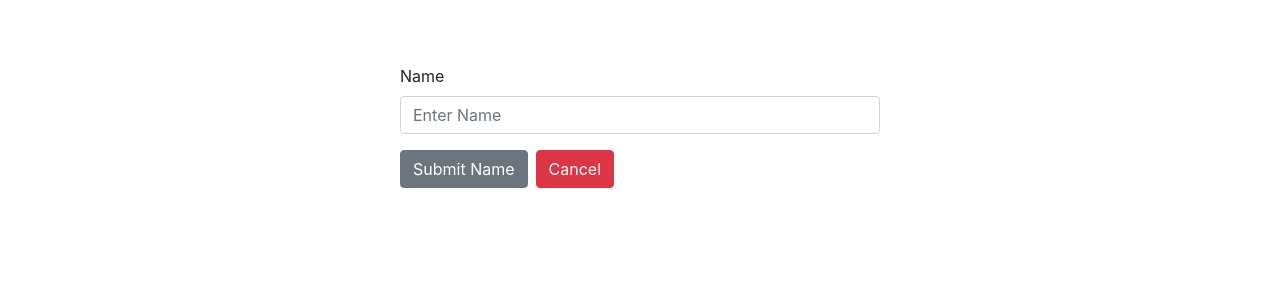
Repository: Abdaljawad-Aya/interview-task
Page: /add (app in javascriptArray/test/)
An editor plug-in stored every save of this project. The page is shown before and after the next save, followed by the edit.
The browser window is 1280 px wide. The pictures show the whole page.
Some web libraries are served in a nearby version. The project was rebuilt for these pictures with package versions that can differ from the ones it lists, and the page was loaded fresh each time. Also part of the build but not shown: javascriptArray/test/src/compnents/Heading.js, javascriptArray/test/src/compnents/UserList.js, javascriptArray/test/src/compnents/Home.js, javascriptArray/test/src/compnents/EditUser.js. Imported but missing from the stored project, and not drawn on this page: javascriptArray/test/src/context/GlobalState.

Above is the page before, as saved 2021-03-10 21:05:56.

### javascriptArray/test/public/index.html
<!DOCTYPE html>
<html lang="en">
  <head>
    <meta charset="utf-8" />
    <link rel="icon" href="%PUBLIC_URL%/favicon.ico" />
    <meta name="viewport" content="width=device-width, initial-scale=1" />
    <meta name="theme-color" content="#000000" />
    <meta
      name="description"
      content="Web site created using create-react-app"
    />
    <link rel="apple-touch-icon" href="%PUBLIC_URL%/logo192.png" />
    <!--
      manifest.json provides metadata used when your web app is installed on a
      user's mobile device or desktop. See https://developers.google.com/web/fundamentals/web-app-manifest/
    -->
    <link rel="manifest" href="%PUBLIC_URL%/manifest.json" />
    <!--
      Notice the use of %PUBLIC_URL% in the tags above.
      It will be replaced with the URL of the `public` folder during the build.
      Only files inside the `public` folder can be referenced from the HTML.

      Unlike "/favicon.ico" or "favicon.ico", "%PUBLIC_URL%/favicon.ico" will
      work correctly both with client-side routing and a non-root public URL.
      Learn how to configure a non-root public URL by running `npm run build`.
    -->

   <link rel="stylesheet" href="https://maxcdn.bootstrapcdn.com/bootstrap/4.0.0/css/bootstrap.min.css" integrity="sha384-Gn5384xqQ1aoWXA+058RXPxPg6fy4IWvTNh0E263XmFcJlSAwiGgFAW/dAiS6JXm" crossorigin="anonymous">
    <title>React App</title>
  </head>
  <body>
    <noscript>You need to enable JavaScript to run this app.</noscript>
    <div id="root"></div>
    <!--
      This HTML file is a template.
      If you open it directly in the browser, you will see an empty page.

      You can add webfonts, meta tags, or analytics to this file.
      The build step will place the bundled scripts into the <body> tag.

      To begin the development, run `npm start` or `yarn start`.
      To create a production bundle, use `npm run build` or `yarn build`.
    -->
      <script src="https://code.jquery.com/jquery-3.2.1.slim.min.js" integrity="sha384-KJ3o2DKtIkvYIK3UENzmM7KCkRr/rE9/Qpg6aAZGJwFDMVNA/GpGFF93hXpG5KkN" crossorigin="anonymous"></script>
    <script src="https://cdnjs.cloudflare.com/ajax/libs/popper.js/1.12.9/umd/popper.min.js" integrity="sha384-ApNbgh9B+Y1QKtv3Rn7W3mgPxhU9K/ScQsAP7hUibX39j7fakFPskvXusvfa0b4Q" crossorigin="anonymous"></script>
    <script src="https://maxcdn.bootstrapcdn.com/bootstrap/4.0.0/js/bootstrap.min.js" integrity="sha384-JZR6Spejh4U02d8jOt6vLEHfe/JQGiRRSQQxSfFWpi1MquVdAyjUar5+76PVCmYl" crossorigin="anonymous"></script>
  </body>
</html>

### javascriptArray/test/src/index.js
import React from 'react'
import ReactDOM from 'react-dom'
import App from './App'
// import { BrowserRouter as Router } from 'react-router-dom'

ReactDOM.render(
  <React.StrictMode>
    {/* <Router> */}
    <App />
    {/* </Router> */}
  </React.StrictMode>,
  document.getElementById('root'),
)

### javascriptArray/test/src/App.js
import React from 'react'
import { BrowserRouter as Router, Switch, Route } from 'react-router-dom'
import { Home } from './compnents/Home'
import { AddUser } from './compnents/AddUser'
import { EditUser } from './compnents/EditUser'

import 'bootstrap/dist/css/bootstrap.min.css'

function App() {
  return (
    <div className="App">
      <Router>
        <Switch>
          <Route
            path="/add"
            component={AddUser}
            class="navbar navbar-expand-lg navbar-dark bg-dark"
          />
          <Route path="/edit/:id" component={EditUser} />
          <Route exact path="/" component={Home} />
        </Switch>
      </Router>
    </div>
  )
}

export default App

// <nav class="navbar navbar-expand-lg navbar-dark bg-dark">
//             <a class="navbar-brand" href="#">
//               React
//             </a>
//             <button
//               class="navbar-toggler"
//               type="button"
//               data-toggle="collapse"
//               data-target="#navbarNavAltMarkup"
//               aria-controls="navbarNavAltMarkup"
//               aria-expanded="false"
//               aria-label="Toggle navigation"
//             >
//               <span class="navbar-toggler-icon"></span>
//             </button>
//             <div class="collapse navbar-collapse" id="navbarNavAltMarkup">
//               <div class="navbar-nav">
//                 <a class="nav-item nav-link active" href="#">
//                   <span class="sr-only">(current)</span>
//                 </a>
//                 <a class="nav-link" href="#"></a>
//                 <a class="nav-link" href="#"></a>
//               </div>
//             </div>
//           </nav>

### javascriptArray/test/src/compnents/AddUser.js
import React from 'react'
import { Link } from 'react-router-dom'
import { Form, FormGroup, Label, Input, Button } from 'reactstrap'
export const AddUser = () => {
  return (
    <Form style={{ maxWidth: '30rem', margin: '4rem auto' }}>
      <FormGroup>
        <Label>Name</Label>
        <Input type="text" placeholder="Enter Name"></Input>
      </FormGroup>
      <Button type="submit">Submit Name</Button>
      <Link to="/" className="btn btn-danger ml-2">
        Cancel
      </Link>
    </Form>
  )
}

After the next save:
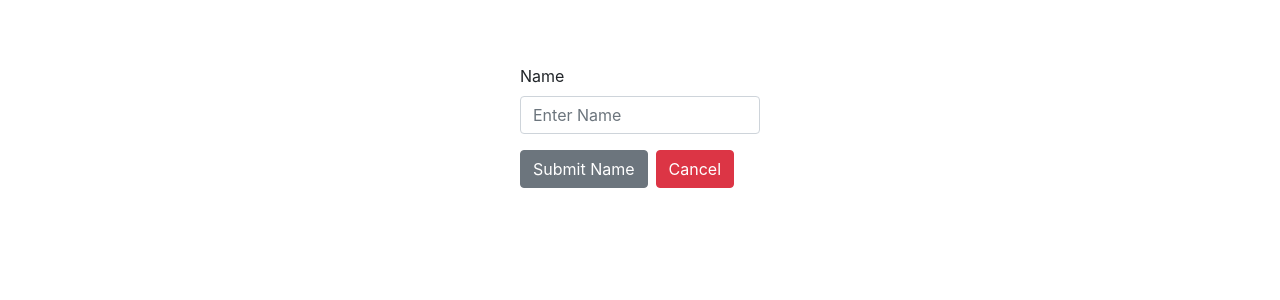
Saved 7 s later.
--- a/javascriptArray/test/src/App.js
+++ b/javascriptArray/test/src/App.js
@@ -8,7 +8,7 @@
 
 function App() {
   return (
-    <div className="App">
+    <div className="App" style={{ maxWidth: '15rem', margin: '4rem auto' }}>
       <Router>
         <Switch>
           <Route

After the save that followed:
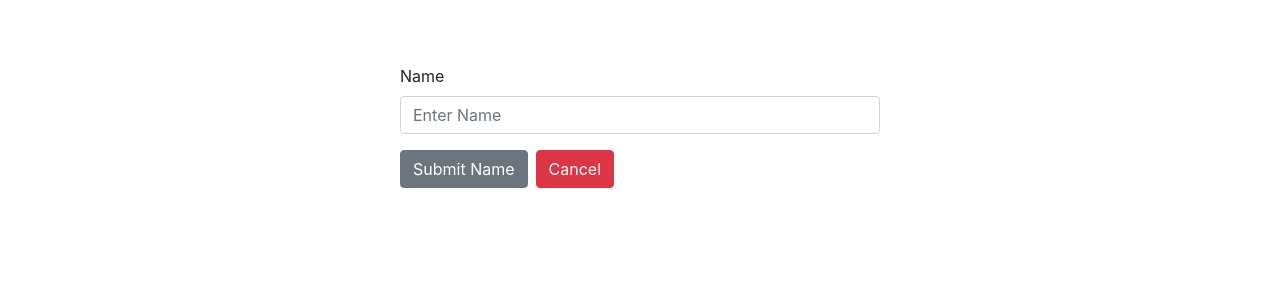
Saved 6 s later.
--- a/javascriptArray/test/src/App.js
+++ b/javascriptArray/test/src/App.js
@@ -8,7 +8,7 @@
 
 function App() {
   return (
-    <div className="App" style={{ maxWidth: '15rem', margin: '4rem auto' }}>
+    <div className="App">
       <Router>
         <Switch>
           <Route
